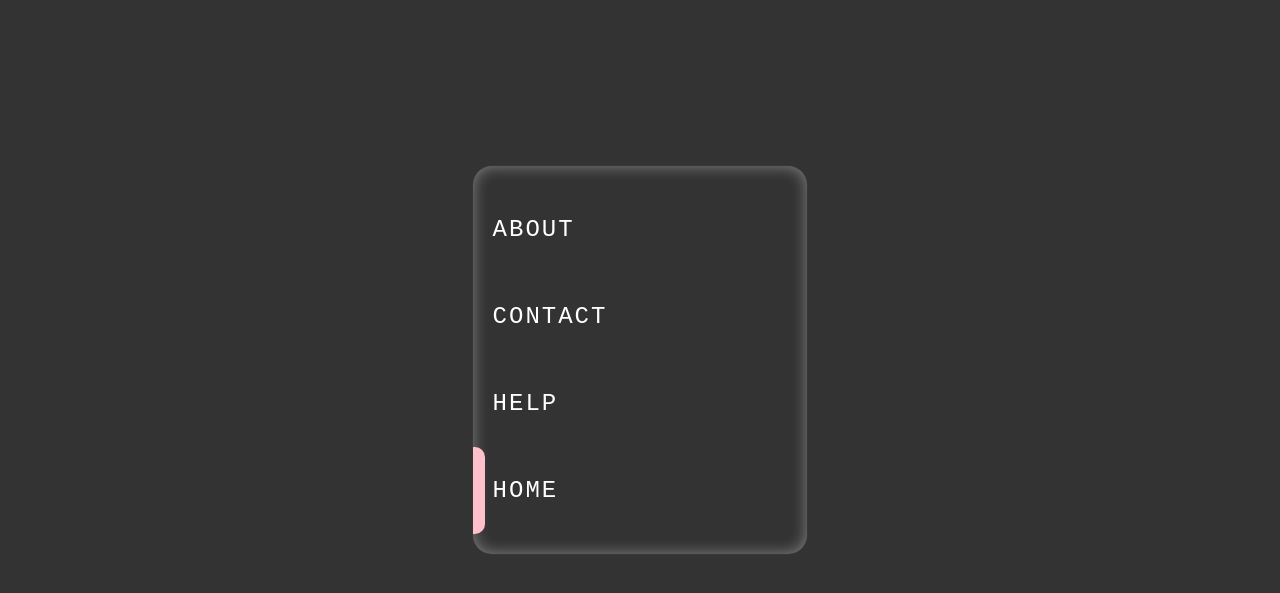
Repository: Rostyk-qq/Projects_Web
Page: menuRanLine/new.html
The author's editor kept a copy of each file at every save. The page is drawn from the files as they stood at one save, then again after a run of saves.
The browser window is 1280 px wide. The pictures show the whole page.

Above is the page before, as saved 2023-09-30 14:42:34.

After the next 3 saves:
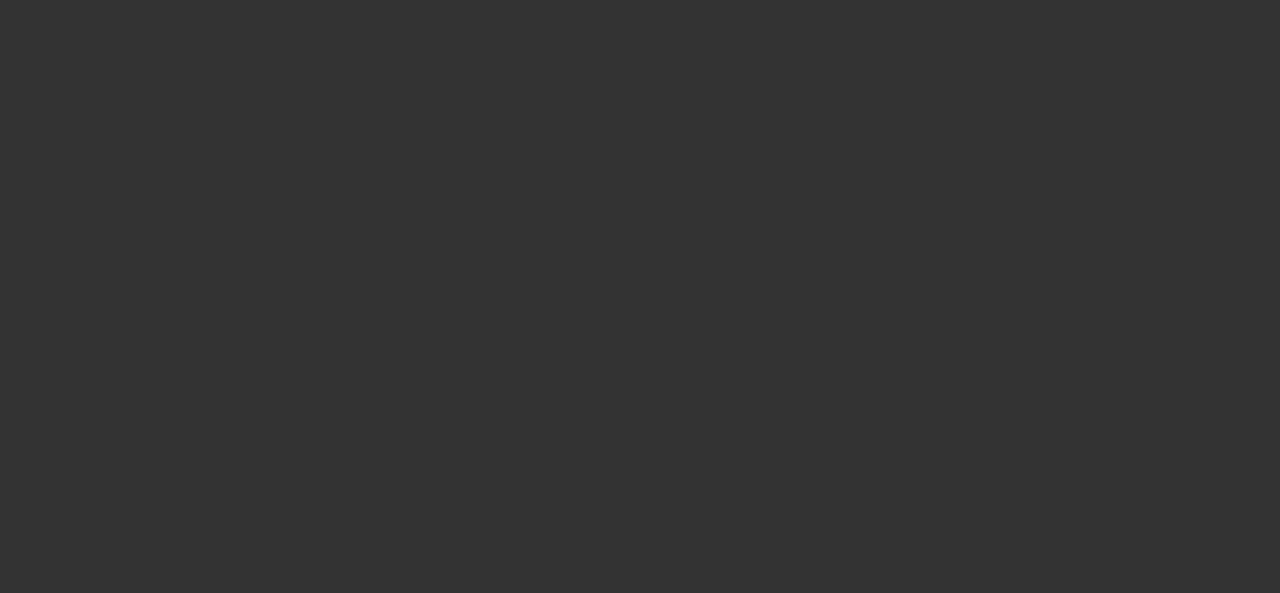
Console error: SyntaxError: Missing initializer in const declaration
The 3 saves are shown as one change because they came seconds apart.
The last was saved 9 s later.
--- a/menuRanLine/new.js
+++ b/menuRanLine/new.js
@@ -17,7 +17,7 @@
         const target = e.target;
 
         if(target.closest('menu__item')){
-
+            const targetEleme
         }
     }
 

After the save that followed:
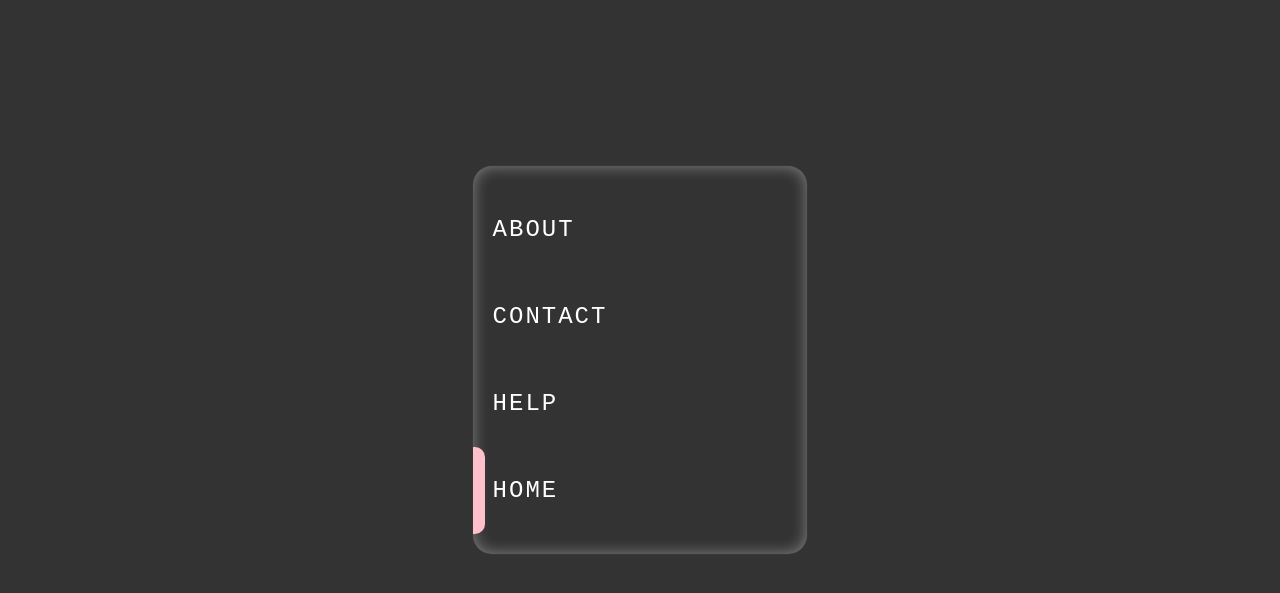
The error is gone.
Saved 4 s later.
--- a/menuRanLine/new.js
+++ b/menuRanLine/new.js
@@ -17,7 +17,8 @@
         const target = e.target;
 
         if(target.closest('menu__item')){
-            const targetEleme
+            const targetElement = target.closest('menu__item');
+
         }
     }
 
